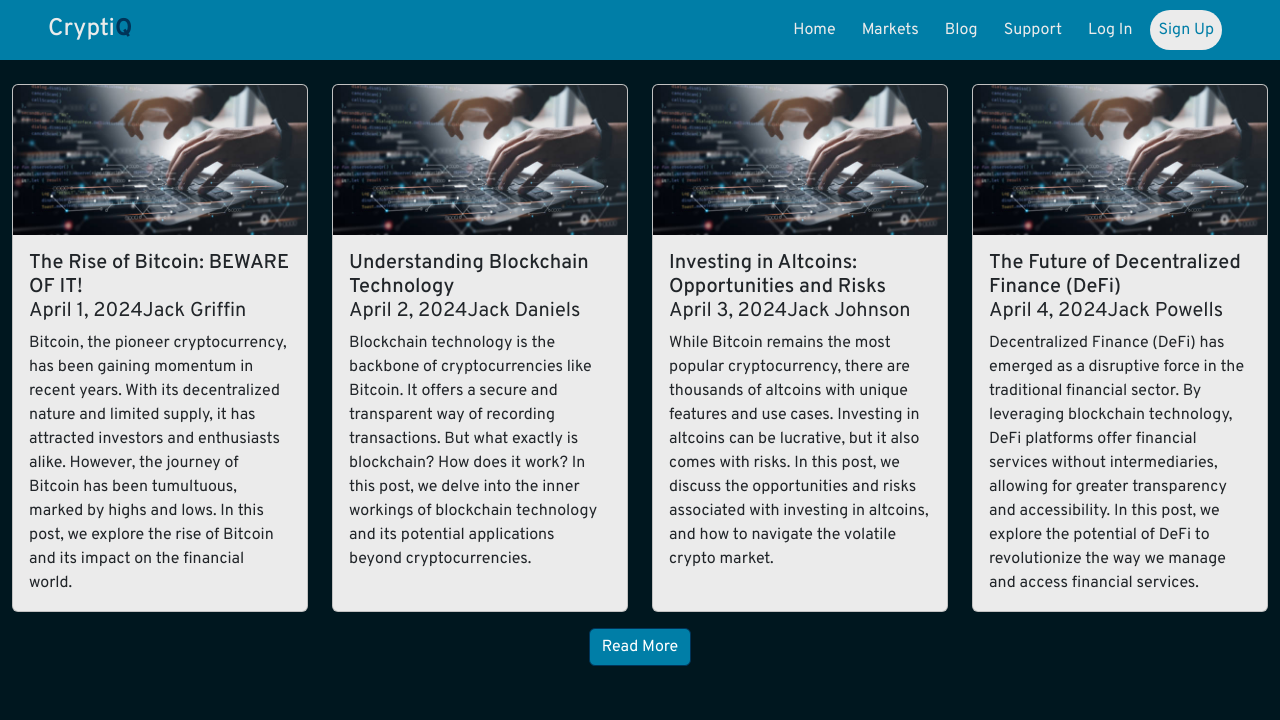
Repository: griffin1995/cryptocurrencyPlatform
Page: /Blog (app in client/)
These files come from the project's save history. The page is drawn as it stood at one moment and after the next save; the edit follows.
The browser window is 1280 px wide. The pictures show the whole page.
The project was rebuilt for these pictures with package versions that can differ from the ones it lists, and the page was loaded fresh each time. Also part of the build but not shown: client/src/context/AdminContext.js, client/src/components/CoinDetails.js, client/src/hooks/useAdminContext.js, client/src/components/SignUpUser.js, client/src/components/UserDetails.js, client/src/components/AdminControls.js, client/src/pages/Home.js, client/src/hooks/useSignUp.js and 15 more.

Above is the page before, as saved 2024-04-07 15:42:45.

After the next save:
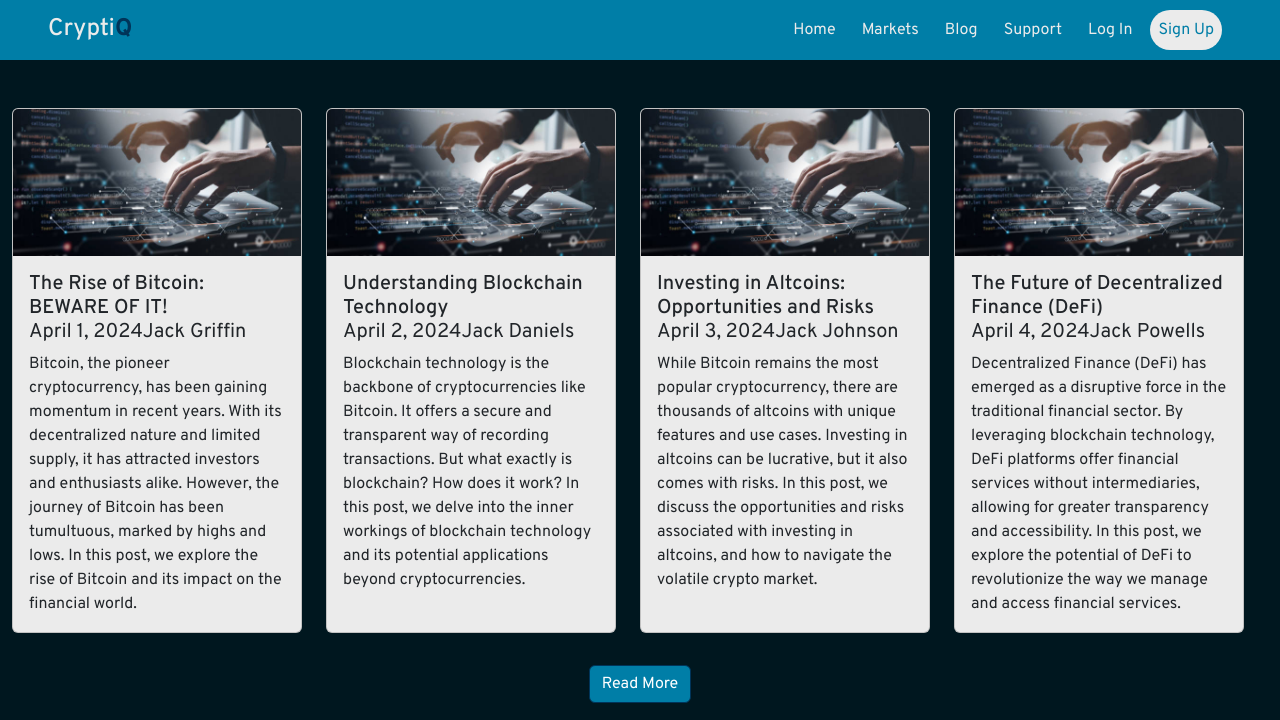
Saved 114 s later.
--- a/client/src/pages/Blog.js
+++ b/client/src/pages/Blog.js
@@ -92,26 +92,30 @@ export default function Blog() {
         <p className="error-message">No posts to display</p>
       ) : (
         <>
-          {posts.slice(0, visible).map((post) => (
-            <Col sm={3} key={post.id}>
-              <Card className="h-100">
-                <Card.Img variant="top" src={image} />
-                <Card.Body>
-                  <Card.Title>
-                    {post.title}
-                    <div className="post-info">
-                      <span className="date-author">{post.date}</span>
-                      <span className="date-author author-name">
-                        {post.author}
-                      </span>
-                    </div>
-                  </Card.Title>
-                  <Card.Text className="post-description">
-                    {post.content}
-                  </Card.Text>
-                </Card.Body>
-              </Card>
-            </Col>
+          {Array(Math.ceil(posts.slice(0, visible).length / 4)).fill().map((_, rowIndex) => (
+            <Row className="mt-4 mb-3" key={rowIndex}>
+              {posts.slice(rowIndex * 4, (rowIndex + 1) * 4).map((post) => (
+                <Col sm={3} key={post.id}>
+                  <Card className="h-100">
+                    <Card.Img variant="top" src={image} />
+                    <Card.Body>
+                      <Card.Title>
+                        {post.title}
+                        <div className="post-info">
+                          <span className="date-author">{post.date}</span>
+                          <span className="date-author author-name">
+                            {post.author}
+                          </span>
+                        </div>
+                      </Card.Title>
+                      <Card.Text className="post-description">
+                        {post.content}
+                      </Card.Text>
+                    </Card.Body>
+                  </Card>
+                </Col>
+              ))}
+              </Row>
           ))}
         </>
       )}
